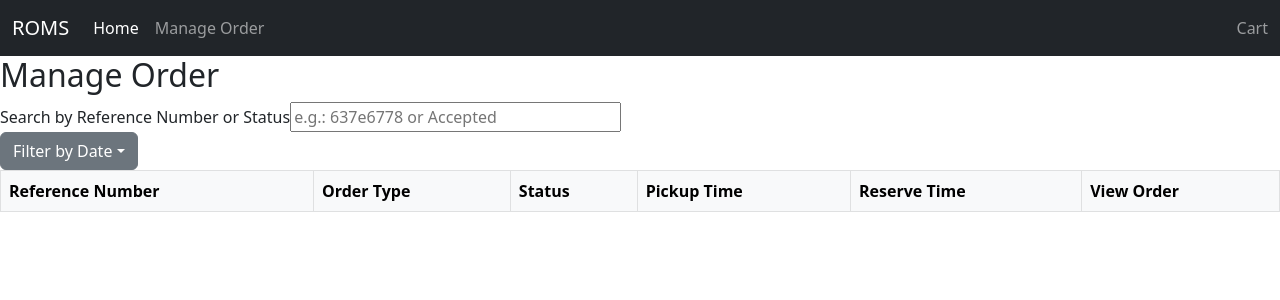
Repository: kayc529/comp231-f22-team4-roms
Page: /manageOrder
The author's editor kept a copy of each file at every save. The page is drawn from the files as they stood at one save, then again after the next save.
The browser window is 1280 px wide. The pictures show the whole page.
The page's requests for data from a server got no answer. The project was rebuilt for these pictures with package versions that can differ from the ones it lists, and the page was loaded fresh each time. No one was signed in, and anything a server would have sent is missing. Also part of the build but not shown: src/components/ExampleComponent.js, src/components/ExampleBox.js, src/pages/example/ExampleHomePage.js, src/pages/example/ExampleNotFoundPage.js, src/features/cart/cartActions.js, src/pages/Cart.js, src/pages/ViewOrder.js.

Above is the page before, as saved 2022-12-04 23:45:14.

### src/index.js
import React from 'react';
import { createRoot } from 'react-dom/client';
import { Provider } from 'react-redux';
import './index.css';
import store from './store';
import App from './App';
//stylesheet for bootstrap
import 'bootstrap/dist/css/bootstrap.min.css';
import 'bootstrap/dist/js/bootstrap.min.js';

const container = document.getElementById('root');
const root = createRoot(container);

root.render(
  <Provider store={store}>
    <App />
  </Provider>
);

### src/index.css
body {
  margin: 0;
  font-family: -apple-system, BlinkMacSystemFont, 'Segoe UI', 'Roboto', 'Oxygen',
    'Ubuntu', 'Cantarell', 'Fira Sans', 'Droid Sans', 'Helvetica Neue',
    sans-serif;
  -webkit-font-smoothing: antialiased;
  -moz-osx-font-smoothing: grayscale;
  color: black;
}

code {
  font-family: source-code-pro, Menlo, Monaco, Consolas, 'Courier New',
    monospace;
}

/*Cart Page*/
.cartItem {
  display: grid;
  row-gap: 0.5rem;
  padding: 15px 30px;
}

.cartItem .img-thumbnail{
  max-width: 100px;
}

/*STUFF FOR SIGNIN/SIGNUP PORTIONS*/

.signin-form {
  max-width: 30rem;
  margin-top: 3rem;
}

.signin-form input {
  margin-bottom: 2em;
  text-align: center;
}

.signin-form a {
  text-decoration: none;
  color: black;
  font-size: 1.5em;
  border-radius: 4px;
  padding: 10px;
}

.signin-form a:hover {
  transition: .5s ease-in-out;
  font-size: 1.8em;
  color: black;
}

.signup-container {
  margin-top: 3rem;
}

.signup-form {
  max-width: 30rem;
}

.signup-form input {
  text-align: center;
  margin-bottom: 15px;
}

.radio {
  margin-right: 5px;
  margin-left: 20px;
  margin-top: 10px;
}

/*END OF STUFF FOR SIGNIN/SIGNUP PORTIONS*/

### src/store.js
import { configureStore } from '@reduxjs/toolkit';
import exampleReducer from './features/example/exampleSlice';
import cartReducers from './features/cart/cartReducers';
import menuReducer from './features/menu/menuSlice';
import staffReducer from './features/staff/staffSlice';


//YOU MUST PUT THE REDUCER INSIDE THE STORE
//OR ELSE YOU CAN'T DISPATCH THEIR ACTIONS FROM ANY OF THE APP COMPONENTS
const store = configureStore({
  reducer: {
    example: exampleReducer,
    cart: cartReducers,
    menu: menuReducer,
    staff: staffReducer
  },
});

export default store;

### src/App.js
import { Routes, Route, BrowserRouter } from 'react-router-dom';
import ExampleHomePage from './pages/example/ExampleHomePage';
import ExampleNotFoundPage from './pages/example/ExampleNotFoundPage';
import Menu from './components/Menu';
import CartPage from './pages/Cart';
import ManageOrderPage from './pages/ManageOrder';
import ViewOrderPage from './pages/ViewOrder';

function App() {
  return (
    <>
      <BrowserRouter>
        <Routes>
          <Route path='/' element={<Menu />}>
            <Route index element={<ExampleHomePage />} />
            <Route path='cart' element={<CartPage />} />
            <Route path='manageOrder' element={<ManageOrderPage/>} />
            <Route path='viewOrder/:id' element={<ViewOrderPage/>} />
            {/* add page here if you want the shared layout*/}
          </Route>
          {/* add page here if you don't want the shared layout*/}

          {/* !!not found page must be placed at the very end!!*/}
          <Route path='*' element={<ExampleNotFoundPage />} />
        </Routes>
      </BrowserRouter>
    </>
  );
}

export default App;

### src/features/example/exampleSlice.js
import { createSlice, createAsyncThunk } from '@reduxjs/toolkit';
import { getUniversityListThunk } from './exampleThunk';

//slice is similar to a feature of the app
//data manipulations that are related to the feature are placed together

//--CREATE INITIAL STATE OF THE SLICE
const initialState = {
  exampleList: [],
  isLoading: false,
  isSwitchOn: false,
};

//--DECLARE AN ACTION
//an async action requires an async thunk(aka middleware)
export const getUniversityList = createAsyncThunk(
  'example/getUniversityList',
  async (countryName, thunkAPI) => {
    return getUniversityListThunk(
      `http://universities.hipolabs.com/search?country=${countryName}`,
      thunkAPI
    );
  }
);

//--CREATE SLICE
const exampleSlice = createSlice({
  name: 'example',
  initialState,
  //reducers are for actions that do not require calling API
  //--DECLARE REDUCER
  reducers: {
    toggleSwitch: (state) => {
      state.isSwitchOn = !state.isSwitchOn;
    },
  },
  //extra reducers are for actions that require calling API (or some other async functions)
  //you can change the value of the states at differnt status of the action i.e. pending, fulfilled, rejected
  //--DECLARE EXTRA REDUCER
  extraReducers: {
    [getUniversityList.pending]: (state) => {
      state.isLoading = true;
    },
    [getUniversityList.fulfilled]: (state, { payload }) => {
      //payload is the data
      //you may have to deconstruct the object depending on the structure of the returned object from the API
      //i.e. const { someFieldName } = payload <-this is called object deconstruction
      //in this example, the API directly returns the list we want so no deconstruction is needed
      state.exampleList = payload.slice(0, 10); //limit to 10 universities only for demo purpose
      state.isLoading = false;
      //you can also dispatch another action here after this action is fulfilled
    },
    [getUniversityList.rejected]: (state) => {
      state.isLoading = false;
      //you can do some error handling here
    },
  },
});

//you have to export both the reducers' actions and the extraReducers
//so that they can be put in the store
//and can be dispatched from other components
export const { toggleSwitch } = exampleSlice.actions;
export default exampleSlice.reducer;

//REMEBER TO PUT THE REDUCER IN THE STORE /src/store.js

### src/features/cart/cartReducers.js
import { ADD_TO_CART, DELETE_FROM_CART } from './cartConstants'

let initialCart = {
	cart: [],
};

if (localStorage.getItem('cart')) {
	initialCart.cart = JSON.parse(localStorage.getItem('cart'));
} else {
	initialCart.cart = [];
}

const cartReducers = (state = initialCart, action) => {
	switch (action.type) {
		case ADD_TO_CART:
		case DELETE_FROM_CART:
			return {
				cart: [...action.payload],
			};
		default:
			return state;
	}
};

export default cartReducers;

### src/features/menu/menuSlice.js
import { createSlice, createAsyncThunk } from '@reduxjs/toolkit';
import {
  getAllMenuItemsThunk,
  getMenuItemThunk,
  addMenuItemThunk,
  editMenuItemThunk,
  deleteMenuItemThunk,
  uploadMenuItemImageThunk,
} from './menuThunk';

const initialState = {
  menuItemList: [],
  menuItem: {},
  isLoading: false,
  errorMsg: '',
};

export const getAllMenuItems = createAsyncThunk(
  'menu/getAllMenuItems',
  async (_, thunkAPI) => {
    return getAllMenuItemsThunk('/menu', thunkAPI);
  }
);

export const getMenuItem = createAsyncThunk(
  'menu/getMenuItem',
  async (menuItemId, thunkAPI) => {
    return getMenuItemThunk(`/menu/${menuItemId}`, thunkAPI);
  }
);

export const addMenuItem = createAsyncThunk(
  'menu/addMenuItem',
  async (menuItemToAdd, thunkAPI) => {
    return addMenuItemThunk('/menu', menuItemToAdd, thunkAPI);
  }
);

export const editMenuItem = createAsyncThunk(
  'menu/editMenuItem',
  async (menuItemToEdit, thunkAPI) => {
    return editMenuItemThunk(
      `/menu/${menuItemToEdit._id}`,
      menuItemToEdit,
      thunkAPI
    );
  }
);

export const deleteMenuItem = createAsyncThunk(
  'menu/deleteMenuItem',
  async (menuItemId, thunkAPI) => {
    return deleteMenuItemThunk(`/menu/${menuItemId}`, thunkAPI);
  }
);

export const uploadMenuItemImage = createAsyncThunk(
  'menu/uploadMenuItemImage',
  async (menuItemId, imageData, thunkAPI) => {
    return uploadMenuItemImageThunk(
      `/menu/upload-image/${menuItemId}`,
      imageData,
      thunkAPI
    );
  }
);

const menuSlice = createSlice({
  name: 'menu',
  initialState,
  reducer: {},
  extraReducers: {
    //GET ALL MENU ITEMS
    [getAllMenuItems.pending]: (state) => {
      state.isLoading = true;
    },
    [getAllMenuItems.fulfilled]: (state, { payload }) => {
      const { menuItems } = payload;
      state.isLoading = false;
      state.menuItemList = menuItems;
    },
    [getAllMenuItems.rejected]: (state) => {
      state.isLoading = false;
    },
    //GET SINGLE MENU ITEM
    [getMenuItem.pending]: (state) => {
      state.isLoading = true;
      state.menuItem = {};
    },
    [getMenuItem.fulfilled]: (state, { payload }) => {
      const { menuItem } = payload;
      state.isLoading = false;
      state.menuItem = menuItem;
    },
    [getMenuItem.rejected]: (state) => {
      state.isLoading = false;
    },
    //ADD MENU ITEM
    [addMenuItem.pending]: (state) => {
      state.isLoading = true;
    },
    [addMenuItem.fulfilled]: (state, { payload }) => {
      state.isLoading = false;
      //the api will return the newly added menu item
      //you can add it to the state if needed
    },
    [addMenuItem.rejected]: (state) => {
      state.isLoading = false;
    },
    //EDIT MENU ITEM
    [editMenuItem.pending]: (state) => {
      state.isLoading = true;
    },
    [editMenuItem.fulfilled]: (state, { payload }) => {
      state.isLoading = false;
      //the api will return the updated menu item
      //you can add it to the state if needed
    },
    [editMenuItem.rejected]: (state) => {
      state.isLoading = false;
    },
    //DELETE MENU ITEM
    [deleteMenuItem.pending]: (state) => {
      state.isLoading = true;
    },
    [deleteMenuItem.fulfilled]: (state) => {
      state.isLoading = false;
    },
    [deleteMenuItem.rejected]: (state) => {
      state.isLoading = false;
    },
    //UPLOAD MENU ITEM IMAGE
    [uploadMenuItemImage.pending]: (state) => {
      state.isLoading = true;
    },
    [uploadMenuItemImage.fulfilled]: (state) => {
      state.isLoading = false;
    },
    [uploadMenuItemImage.rejected]: (state) => {
      state.isLoading = false;
    },
  },
});

export default menuSlice.reducer;

### src/features/staff/staffSlice.js
import { createSlice, createAsyncThunk } from '@reduxjs/toolkit';
import {
  getAllStaffsThunk,
  getStaffThunk,
  editStaffThunk,
  deleteStaffThunk,
} from './staffThunk';

const initialState = {
  staffsList: [],
  staff: {},
  isLoading: false,
  errorMsg: '',
};

export const getAllStaffs = createAsyncThunk(
  'staffs/getAllStaffs',
  async (_, thunkAPI) => {
    return getAllStaffsThunk('/staffs', thunkAPI);
  }
);

export const getStaff = createAsyncThunk(
  'staffs/getStaff',
  async (staffId, thunkAPI) => {
    return getStaffThunk(`/staffs/edit/${staffId}`, thunkAPI);
  }
);

export const editStaff = createAsyncThunk(
  'staffs/editStaff',
  async (updatedStaff, thunkAPI) => {
    return editStaffThunk(
      `/staffs/edit/${updatedStaff.id}`,
      updatedStaff,
      thunkAPI
    );
  }
);

export const deleteStaff = createAsyncThunk(
  'staffs/deleteStaff',
  async (staffId, thunkAPI) => {
    return deleteStaffThunk(`/staffs/delete/${staffId}`, thunkAPI);
  }
);

const staffSlice = createSlice({
  name: 'staff',
  initialState,
  reducer: {},
  extraReducers: {
    //GET ALL STAFFS
    [getAllStaffs.pending]: (state) => {
      state.isLoading = true;
    },
    [getAllStaffs.fulfilled]: (state, { payload }) => {
      const { staffs } = payload;
      state.isLoading = false;
      state.staffsList = staffs;
    },
    [getAllStaffs.rejected]: (state) => {
      state.isLoading = false;
    },
    //GET SINGLE STAFF
    [getStaff.pending]: (state) => {
      state.isLoading = true;
      state.staff = {};
    },
    [getStaff.fulfilled]: (state, { payload }) => {
      const { staff } = payload;
      state.isLoading = false;
      state.staff = staff;
    },
    [getStaff.rejected]: (state) => {
      state.isLoading = false;
    },

    //EDIT STAFF
    [editStaff.pending]: (state) => {
      state.isLoading = true;
    },
    [editStaff.fulfilled]: (state, { payload }) => {
      state.isLoading = false;
    },
    [editStaff.rejected]: (state) => {
      state.isLoading = false;
    },
    //DELETE STAFF
    [deleteStaff.pending]: (state) => {
      state.isLoading = true;
    },
    [deleteStaff.fulfilled]: (state) => {
      state.isLoading = false;
    },
    [deleteStaff.rejected]: (state) => {
      state.isLoading = false;
    },
  },
});

export default staffSlice.reducer;

### src/components/Menu.js
import { Outlet } from 'react-router-dom';

const Menu = () => {
  return (
    <>
      <header>
        <nav className="navbar navbar-expand-lg bg-dark navbar-dark">
          <div className="container-fluid">
            <a className="navbar-brand" href="/">ROMS</a>
            <button className="navbar-toggler" type="button" data-bs-toggle="collapse" data-bs-target="#navbarNavDropdown">
              <span className="navbar-toggler-icon"></span>
            </button>
            <div className="collapse navbar-collapse" id="navbarNavDropdown">
              <ul className="navbar-nav">
                <li className="nav-item">
                  <a className="nav-link active" href="/">Home</a>
                </li>
                <li>
                  <a className="nav-item nav-link navbar-text" href="/ManageOrder"> Manage Order</a>
                  </li>
              </ul>
            </div>
            <a className="nav-item nav-link navbar-text" href="/cart">Cart</a>
          </div>
        </nav>
      </header>
      <main>
        <Outlet />
      </main>
      <footer></footer>
    </>
  );
};

export default Menu;

### src/pages/ManageOrder.js
import React, {useState, useEffect} from 'react';
import BootstrapSwitchButton from 'bootstrap-switch-button-react';
import ToogleButton from 'react-toggle-button';
import {Button, Table} from 'react-bootstrap';
import axios from '../utils/orderFetch';
import ViewOrder from './ViewOrder';
import { Link } from "react-router-dom";
import Dropdown from 'react-bootstrap/Dropdown';

const ManageOrder =()=>{
    const [orderData, setOrderData] = useState([]);
    // const orderStatus = Object.keys(orderData).map(function (key){
    //     return orderData[key].status});
    // const [orderState, setOrderState] = useState(orderStatus);
    const [searchKeyword, setSearchKeyword] = useState("");

    useEffect(()=>{
        const fetchData = async () =>{
            const result = await axios.get('/api/v1/orders/')
            const resultData = result.data.orders
            setOrderData(resultData)
        }
        fetchData();
    }, []);

    return (
        <div className='control-main'>

            <h2>Manage Order</h2>

            <label> Search by Reference Number or Status </label>
                <input className="txtSearch" placeholder='e.g.: 637e6778 or Accepted'
                type="text"
                size={30}
                onChange={(e) =>{setSearchKeyword(e.target.value)}}
            />
            <div className="dropdown">
            <button className="btn btn-secondary dropdown-toggle" type="button" id="dropdownMenuButton" data-toggle="dropdown" aria-haspopup="true" aria-expanded="false">
                Filter by Date
            </button>
            <div className="dropdown-menu" aria-labelledby="dropdownMenuButton">
                <a className="dropdown-item" >All orders</a>
                <a className="dropdown-item" >Today's orders</a>
                <a className="dropdown-item" href="#">Past orders</a>
            </div>
            </div>


            <Table striped bordered hover variant="light">
                <thead>
                    <tr>
                        <th>Reference Number</th>
                        <th>Order Type</th>
                        <th>Status</th>
                        <th>Pickup Time</th>
                        <th>Reserve Time</th>
                        <th>View Order</th>
                    </tr>
                </thead>

                <tbody>
                {orderData.filter((order) => {
                    if (searchKeyword.length ===0){
                        return order;
                    }

                    else if (order.referenceNumber == searchKeyword || order.status == searchKeyword.toUpperCase()){
                        return order;
                    }
                    }).map((order, i) => (
                    <tr key={i}>

                        <td >{order.referenceNumber}
                        </td>
                        {order.orderType == "TAKE_OUT"? <td>Take Out</td>: <td>Dine In</td>}
                        <td >{order.status}
                        </td>
                        <td >{order.pickupTime}
                        </td>
                        <td >{order.reserveTime}
                        </td>
                        <td>
                            <Link to={`../ViewOrder/${order._id}`}>
                                <Button size="sm">View </Button>
                            </Link>
                        </td>
                    </tr>
                ))}
                </tbody>
            </Table>


        </div>

    );


};

export default ManageOrder;

### src/features/example/exampleThunk.js
import customFetch from '../../utils/customFetch';

//thunks are separated into different file for cleaner codes
//of course you can put these codes inside the action in the slice file
//but it is a good practice to separate the codes
export const getUniversityListThunk = async (url, thunkAPI) => {
  //must use try catch block when calling API!!
  try {
    const res = await customFetch.get(url);
    //you can always check out the structure of the returned object by logging
    console.log(res.data);
    //you can do something here
    //thunkAPI allows you to dispatch another action
    //e.g. thunkAPI.dispatch(someOtherAction());
    return res.data;
  } catch (error) {
    //you can do error handling here
    //thunkAPI allows you to dispatch another action
    //e.g. thunkAPI.dispatch(someErrorHandlingAction());
    return thunkAPI.rejectWithValue(error.response.data.msg);
  }
};

### src/features/cart/cartConstants.js
export const ADD_TO_CART = 'ADD_TO_CART';
export const DELETE_FROM_CART = 'DELETE_FROM_CART';

### src/features/menu/menuThunk.js
import customFetch from '../../utils/customFetch';

export const getAllMenuItemsThunk = async (url, thunkAPI) => {
  try {
    const res = await customFetch.get(url);
    console.log(res.data);
    return res.data;
  } catch (error) {
    return thunkAPI.rejectWithValue(error.response.data.msg);
  }
};

export const getMenuItemThunk = async (url, thunkAPI) => {
  try {
    const res = await customFetch.get(url);
    console.log(res.data);
    return res.data;
  } catch (error) {
    return thunkAPI.rejectWithValue(error.response.data.msg);
  }
};

export const addMenuItemThunk = async (url, newMenuItem, thunkAPI) => {
  try {
    const res = await customFetch.post(url, newMenuItem);
    console.log(res.data);
    return res.data;
  } catch (error) {
    return thunkAPI.rejectWithValue(error.response.data.msg);
  }
};

export const editMenuItemThunk = async (url, updatedMenuItem, thunkAPI) => {
  try {
    const res = await customFetch.patch(url, updatedMenuItem);
    console.log(res.data);
    return res.data;
  } catch (error) {
    return thunkAPI.rejectWithValue(error.response.data.msg);
  }
};

export const deleteMenuItemThunk = async (url, thunkAPI) => {
  try {
    const res = await customFetch.delete(url);
    console.log(res.data);
    return res.data;
  } catch (error) {
    return thunkAPI.rejectWithValue(error.response.data.msg);
  }
};

export const uploadMenuItemImageThunk = async (url, imageData, thunkAPI) => {
  try {
    const res = await customFetch.post(url, imageData);
    console.log(res.data);
    return res.data;
  } catch (error) {
    return thunkAPI.rejectWithValue(error.response.data.msg);
  }
};

### src/features/staff/staffThunk.js
import customFetch from '../../utils/customFetch';

export const getAllStaffsThunk = async (url, thunkAPI) => {
  try {
    const res = await customFetch.get(url);
    console.log(res.data);
    return res.data;
  } catch (error) {
    return thunkAPI.rejectWithValue(error.response.data.msg);
  }
};

export const getStaffThunk = async (url, thunkAPI) => {
  try {
    const res = await customFetch.get(url);
    console.log(res.data);
    return res.data;
  } catch (error) {
    return thunkAPI.rejectWithValue(error.response.data.msg);
  }
};

export const editStaffThunk = async (url, updatedStaff, thunkAPI) => {
  try {
    const res = await customFetch.patch(url, updatedStaff);
    console.log(res.data);
    return res.data;
  } catch (error) {
    return thunkAPI.rejectWithValue(error.response.data.msg);
  }
};

export const deleteStaffThunk = async (url, thunkAPI) => {
  try {
    const res = await customFetch.delete(url);
    console.log(res.data);
    return res.data;
  } catch (error) {
    return thunkAPI.rejectWithValue(error.response.data.msg);
  }
};

### src/utils/orderFetch.js
import axios from 'axios';

const getBaseUrl = () => {
  //will use the url of the backend later
  return '';
};

const orderFetch = axios.create({
  baseURL: 'http://localhost:4000/',
  headers: "application/json"
});

//orderFetch.get('/api/v1/orders')

export default orderFetch;

### src/utils/customFetch.js
import axios from 'axios';

const getBaseUrl = () => {
  //will use the url of the backend later
  return '';
};

const customFetch = axios.create({
  baseURL: getBaseUrl(),
});

export default customFetch;

After the next save:
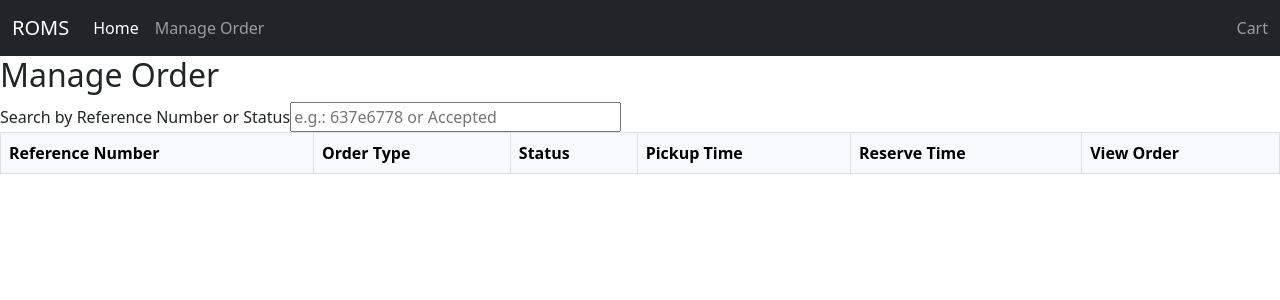
Saved 5 s later.
--- a/src/pages/ManageOrder.js
+++ b/src/pages/ManageOrder.js
@@ -34,16 +34,6 @@ const ManageOrder =()=>{
                 size={30}
                 onChange={(e) =>{setSearchKeyword(e.target.value)}}
             />
-            <div className="dropdown">
-            <button className="btn btn-secondary dropdown-toggle" type="button" id="dropdownMenuButton" data-toggle="dropdown" aria-haspopup="true" aria-expanded="false">
-                Filter by Date
-            </button>
-            <div className="dropdown-menu" aria-labelledby="dropdownMenuButton">
-                <a className="dropdown-item" >All orders</a>
-                <a className="dropdown-item" >Today's orders</a>
-                <a className="dropdown-item" href="#">Past orders</a>
-            </div>
-            </div>
 
 
             <Table striped bordered hover variant="light">
